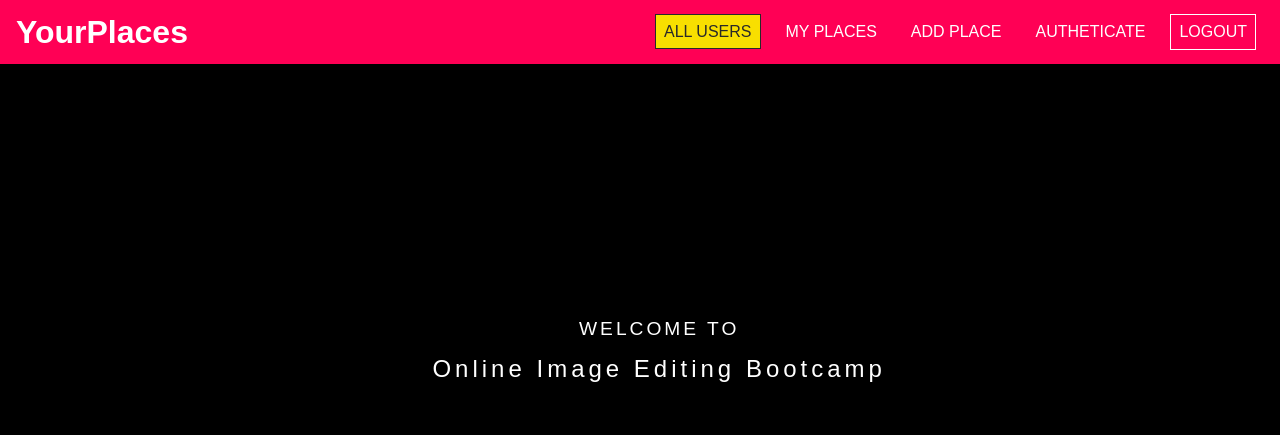
Repository: TanviSanyal/ImageEditingBootcamp
Page: /
The author's editor kept a copy of each file at every save. The page is drawn from the files as they stood at one save, then again after the next save.
The browser window is 1280 px wide. The pictures show the whole page.
The project was rebuilt for these pictures with package versions that can differ from the ones it lists, and the page was loaded fresh each time. Also part of the build but not shown: src/shared/components/navigation/SideDrawer.css, src/shared/components/UIElements/Backdrop.css, src/shared/components/UIElements/Backdrop.js.

Above is the page before, as saved 2020-09-26 23:02:39.

### public/index.html
<!DOCTYPE html>
<html lang="en">
  <head>
    <meta charset="utf-8" />
    <link rel="icon" href="%PUBLIC_URL%/favicon.ico" />
    <meta name="viewport" content="width=device-width, initial-scale=1" />
    <meta name="theme-color" content="#000000" />
    <meta
      name="description"
      content="Web site created using create-react-app"
    />
    <link rel="apple-touch-icon" href="%PUBLIC_URL%/logo192.png" />
    <link rel="manifest" href="%PUBLIC_URL%/manifest.json" />
    <title>React App</title>
  </head>
  <body>
    <noscript>You need to enable JavaScript to run this app.</noscript>
    <div id="backdrop-hook"></div>
    <div id="modal-hook"></div>
    <div id="drawer-hook"></div>
    <div id="root"></div>
  </body>
</html>

### src/index.css
@import url('https://fonts.googleapis.com/css?family=Open+Sans:400,700&display=swap');

* {
  box-sizing: border-box;
}

html {
  font-family:Arial, Helvetica, sans-serif;
	font-weight:normal;
}

body {
  margin: 0;
  background: black;
}

### src/App.js
import React from 'react';
import {
  BrowserRouter as Router,
  Route,
  Redirect,
  Switch
} from 'react-router-dom';
import './App.css'
import MainNavigation from '../src/shared/components/navigation/MainNavigation';


const App = () => {

  // <Switch>
  //   <Route path="/" exact>
  //     {/* <Users /> */}
  //   </Route>
  //   <Route path="/:userId/places" exact>
  //     {/* <UserPlaces /> */}
  //   </Route>
  //   <Route path="/places/new" exact>
  //     {/* <NewPlace /> */}
  //   </Route>
  //   <Route path='/places/:placeId'>
  //     {/* <UpdatePlace /> */}
  //   </Route>
  //   <Redirect to="/" />
  // </Switch>

  return (
    <Router>
      <MainNavigation />
      <main className="main-body">
        <span className="text1">welcome to</span>
        <p className="text1"> Online Image Editing Bootcamp</p>
      </main>
    </Router>
  );
};

export default App;

### src/App.css
.main-body span{
  color: white;
  text-transform: uppercase;
  display: block;
}
.main-body{
  text-align: center;
  padding-top: 33vh;
  padding-left: 3%;
}

span{
  color: white;
  font-size: 120%;
  letter-spacing: 3PX;
}
p{
  color: white;
  font-size: 150%;
  letter-spacing: 4PX;
  line-height: 10PX;
}

### src/shared/components/navigation/MainNavigation.js
import React, { useState } from 'react';
import { Link } from 'react-router-dom';

import MainHeader from './MainHeader';
import NavLinks from './NavLinks';
import SideDrawer from './SideDrawer';
import Backdrop from '../UIElements/Backdrop';
import './MainNavigation.css';

const MainNavigation = props => {
  const [drawerIsOpen, setDrawerIsOpen] = useState(false);

  const openDrawerHandler = () => {
    setDrawerIsOpen(true);
  };

  const closeDrawerHandler = () => {
    setDrawerIsOpen(false);
  };

  return (
    <React.Fragment>
      {drawerIsOpen && <Backdrop onClick={closeDrawerHandler} />}
      <SideDrawer show={drawerIsOpen} onClick={closeDrawerHandler}>
        <nav className="main-navigation__drawer-nav">
          <NavLinks />
        </nav>
      </SideDrawer>

      <MainHeader>
        <button className="main-navigation__menu-btn" onClick={openDrawerHandler}>
          <span />
          <span />
          <span />
        </button>
        <h1 className="main-navigation__title">
          <Link to="/">YourPlaces</Link>
        </h1>
        <nav className="main-navigation__header-nav">
          <NavLinks />
        </nav>
      </MainHeader>
    </React.Fragment>
  );
};

export default MainNavigation;

### src/shared/components/navigation/MainHeader.js
import React from 'react';

import './MainHeader.css';

const MainHeader = props => {
  return <header className="main-header">{props.children}</header>;
};

export default MainHeader;

### src/shared/components/navigation/NavLinks.js
import React,{useContext} from 'react';
import './NavLinks.css';
import {NavLink} from 'react-router-dom';
// import {AuthContext} from '../../context/auth-context';

const NavLinks = props => {

    // const auth = useContext(AuthContext);
    return(
        <ul className="nav-links">
            <li>
                <NavLink to="/" exact>ALL USERS</NavLink>
            </li>
           <li>
                <NavLink to="/u1/places">MY PLACES</NavLink>
            </li>
           <li>
                <NavLink to="/places/new">ADD PLACE</NavLink>
            </li>
            <li>
                <NavLink to="/auth">AUTHETICATE</NavLink>
            </li>
             <li><button >LOGOUT</button></li>
        </ul>
    );
};

export default NavLinks;

### src/shared/components/navigation/MainNavigation.css
.main-navigation__menu-btn {
    width: 3rem;
    height: 3rem;
    background: transparent;
    border: none;
    display: flex;
    flex-direction: column;
    justify-content: space-around;
    margin-right: 2rem;
    cursor: pointer;
  }

  .main-navigation__menu-btn span {
    display: block;
    width: 3rem;
    height: 2.5px;
    background: white;
  }

  .main-navigation__title {
    color: white;
  }

  .main-navigation__title a {
    text-decoration: none;
    color: white;
  }

  .main-navigation__header-nav {
    display: none;
  }

  .main-navigation__drawer-nav {
    height: 100%;
  }

  @media (min-width: 768px) {
    .main-navigation__menu-btn {
      display: none;
    }

    .main-navigation__header-nav {
      display: block;
    }
  }

### src/shared/components/navigation/NavLinks.css
.nav-links {
    list-style: none;
    margin: 0;
    padding: 0;
    width: 100%;
    height: 100%;
    display: flex;
    flex-direction: column;
    justify-content: center;
    align-items: center;
  }

  .nav-links li {
    margin: 1rem;
  }

  .nav-links a {
    border: 1px solid transparent;
    color: #292929;
    text-decoration: none;
    padding: 0.5rem;
  }

  .nav-links a:hover,
  .nav-links a:active,
  .nav-links a.active {
    background: #f8df00;
    border-color: #292929;
    color: #292929;
  }

  .nav-links button {
    cursor: pointer;
    border: 1px solid #292929;
    color: #292929;
    background: transparent;
    padding: 0.5rem;
    font: inherit;
  }

  .nav-links button:focus {
    outline: none;
  }

  .nav-links button:hover,
  .nav-links button:active {
    background: #292929;
    color: white;
  }

  @media (min-width: 768px) {
    .nav-links {
      flex-direction: row;
    }

    .nav-links li {
      margin: 0 0.5rem;
    }

    .nav-links a {
      color: white;
      text-decoration: none;
    }

    .nav-links button {
      border: 1px solid white;
      color: white;
      background: transparent;
    }

    .nav-links button:hover,
    .nav-links button:active {
      background: #f8df00;
      color: #292929;
    }
  }

Loaded but not shown: src/index.js (common file); src/shared/components/navigation/SideDrawer.js (common file); src/shared/components/navigation/MainHeader.css (common file)

After the next save:
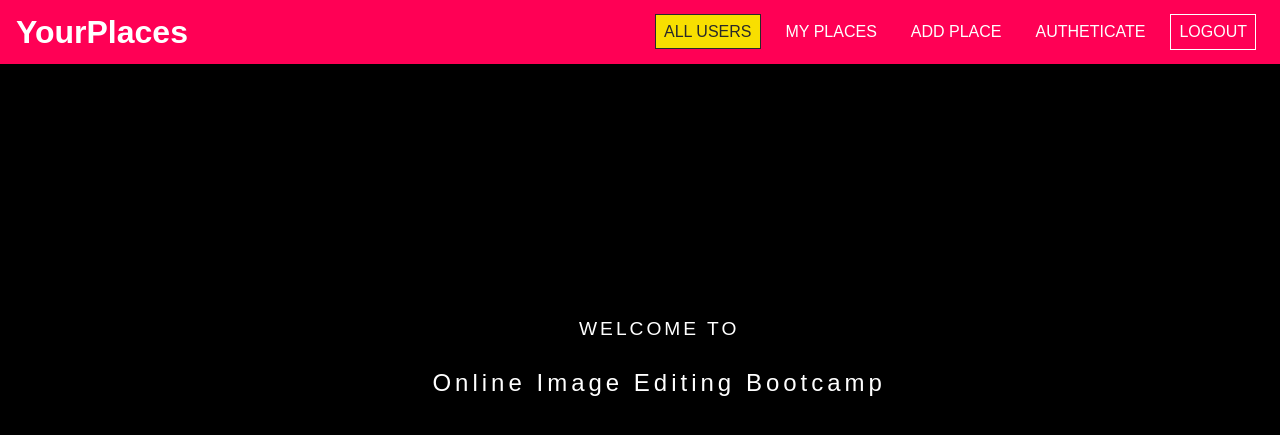
Saved 47 s later.
--- a/src/App.css
+++ b/src/App.css
@@ -18,5 +18,5 @@ p{
   color: white;
   font-size: 150%;
   letter-spacing: 4PX;
-  line-height: 10PX;
+  line-height: 37PX;
 }
